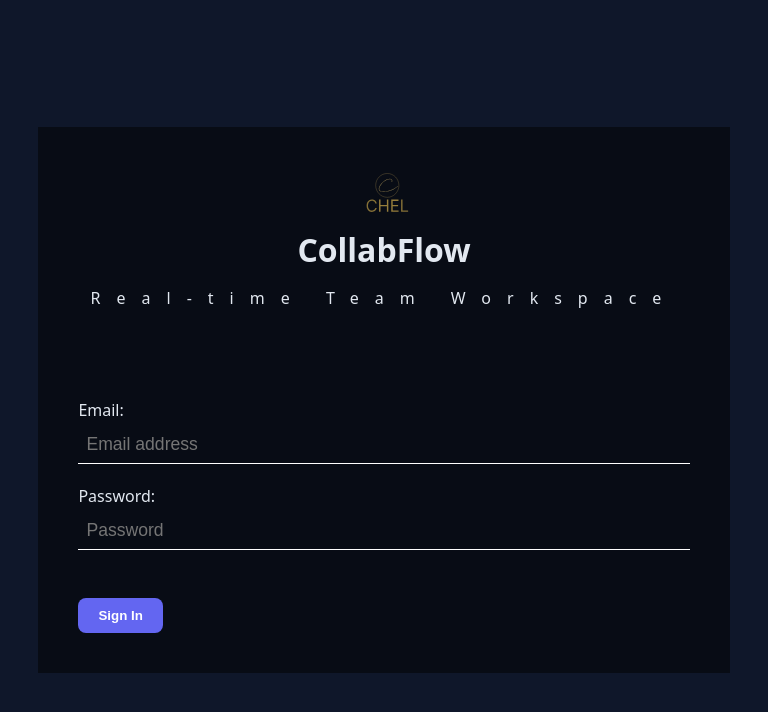
Repository: Lovethrech/collabflow
Page: /
The author's editor kept a copy of each file at every save. The page is drawn from the files as they stood at one save, then again after the next save.
The browser window is 768 px wide. The pictures show the whole page.
The project was rebuilt for these pictures with package versions that can differ from the ones it lists, and the page was loaded fresh each time. The framework's server and built-in components were replaced by stand-ins that run in the browser. Also part of the build but not shown: nuxt.config.ts.

Above is the page before, as saved 2026-05-20 19:55:08.

### app/assets/css/main.css
:root {
    --primary: #6366f1;
    --primary-dark: #4f46e5;
    --bg: #0f172a;
    --card: #1e2937;
    --card-hover: #334155;
    --text: #e2e8f0;
    --text-light: #94a3b8;
    --border: #475569;
}

* {
    margin: 0;
    padding: 0;
    box-sizing: border-box;
    outline: 0;
    text-decoration: none;
}

body {
    font-family: system-ui, -apple-system, BlinkMacSystemFont, 'Segoe UI', Roboto, sans-serif;
    background-color: var(--bg);
    color: var(--text);
    line-height: 2;
}

#app{
    min-height: 100vh;
}

.container {
    max-width: 1280px;
    margin: 0 auto;
    padding: 0 20px;
}

/* Basic button styles */
.btn {
    padding: 10px 20px;
    border: none;
    border-radius: 8px;
    font-weight: 600;
    cursor: pointer;
    transition: all 0.2s;
}

.btn-primary {
    background: var(--primary);
    color: white;
}

.btn-primary:hover {
    background: var(--primary-dark);
}

.flex-center-center{
    display: flex;
    place-items: center;
    justify-content: center;
}
.flex-row{
    display: flex;
    flex-direction: row;
}
.flex-column{
    display: flex;
    flex-direction: column;
}
.full-width-height{
    width: 100%;
    height: 100vh;
}

### app/app.vue
<script setup>
useHead({
  meta: [
    { name: 'viewport', content: 'width=device-width, initial-scale=1' }
  ],
  link: [
    { rel: 'icon', href: '/favicon.ico' }
  ],
  htmlAttrs: {
    lang: 'en'
  }
})

const title = 'Chel CollabFlow'
const description = ''

useSeoMeta({
  title,
  description,
  ogTitle: title,
  ogDescription: description,
  ogImage: 'https://ui.nuxt.com/assets/templates/nuxt/starter-light.png',
  twitterCard: 'summary_large_image'
})
</script>

<template>
  <div id="app">
      <main>
        <NuxtPage />
      </main>
  </div>
</template>

### app/pages/index.vue
<script setup>
const title = 'Auth | Chel CollabFlow'
const description = ''

useSeoMeta({
    title,
    description
})
</script>

<template>
    <div class="auth-page flex-center-center">
        <div class="auth-card">
            <div class="auth-title-ctn flex-row">
                <img src="/ChelModernLogo.svg" alt="">
                <h1>CollabFlow</h1>
            </div>
            <p class="title-desc">
                Real-time Team Workspace
            </p>
            <br/>
            <br/>
            <form @submit.prevent="">
                <div class="auth-form-label-and-input-ctn flex-column">
                    <label for="email">
                        Email:
                    </label>
                    <input
                        v-model="email"
                        type="email"
                        placeholder="Email address"
                        requires
                    />
                </div>
                <div class="auth-form-label-and-input-ctn flex-column">
                    <label for="password">
                        Password:
                    </label>
                    <input
                        v-model="password"
                        type="password"
                        placeholder="Password"
                        requires
                    />
                </div>
                <br/>
                <button type="submit" class="btn btn-primary" :disabled="loading">
                    {{loading? "Signing in ..." : "Sign In"}}
                </button>
            </form>
        </div>
    </div>
</template>

<style scoped>
.auth-page{
    width: 100%;
    height: 100vh;
}
.auth-card{
    background-color: #0000007e;
    width: 40%;
    padding: 5vh;
}
.auth-title-ctn{
    justify-content: center;
}
.title-desc{
    text-align: center;
    letter-spacing: 2vh;
}
.auth-title-ctn img{
    width: 10vh;
}
.auth-form-label-and-input-ctn{
    margin: 2vh 0;
}
.auth-form-label-and-input-ctn input{
    background-color: transparent;
    color: #ffffff;
    padding: 1vh;
    font-size: 2.2vh;
    border:0;
    border-bottom: 0.1vh solid #ffffff;
}

@media screen and (max-width: 950px){
    .auth-card{
        width: 90%;
        padding: 5vh;
    }
    .auth-title-ctn{
        flex-direction: column;
    }
    .auth-title-ctn img{
        margin: 0 auto;
    }
    .auth-title-ctn h1{
        text-align: center;
    }
    .title-desc{
    }
}
</style>

After the next save:
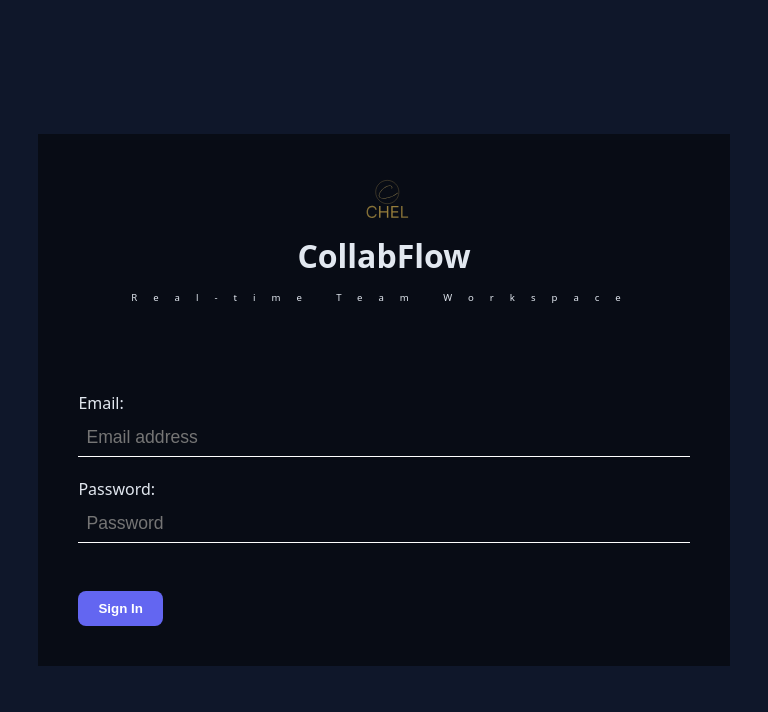
Saved 11 s later.
--- a/app/pages/index.vue
+++ b/app/pages/index.vue
@@ -99,6 +99,7 @@
         text-align: center;
     }
     .title-desc{
+        font-size:1.2vh;
     }
 }
 </style>
